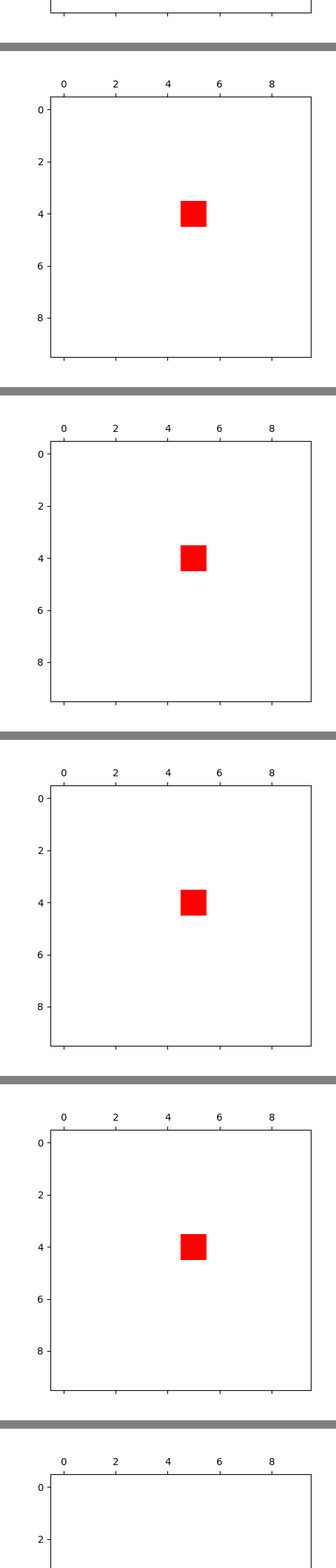
Repository: eduardodut/Trabalho_final_estatistica_cd
Script's output: python src/Simulador.py
The author's editor kept a copy of each file at every save. The script's output is drawn from the files as they stood at one save, then again after the next save.
The pictures show rows 419 to 2659 of an output 3924 px tall, at 70% of full size.
Each picture stacks the figures in order, with grey between them; figures that are only written to a file come last. The script is stopped after its 8th figure. Random numbers start from a fixed seed.

Above is the script's output before, as saved 2020-07-10 19:09:08.

After the next save:
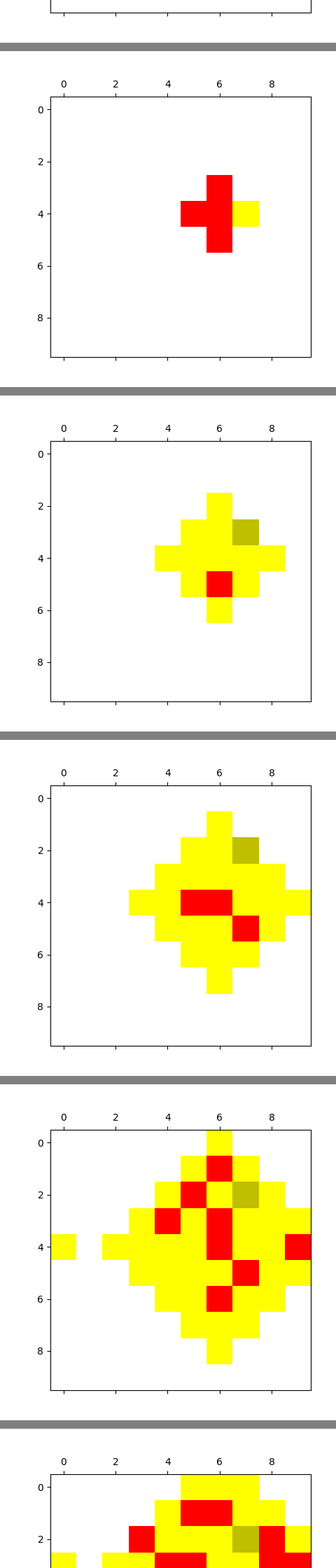
Saved 2 min 27 s later.
--- a/src/Simulador.py
+++ b/src/Simulador.py
@@ -331,9 +331,9 @@ class Simulador():
 
 
 
-chance_infeccao = 0.3
-chance_infeccao_tipo2 = 0.1
-chance_morte = 0.2
+chance_infeccao = 1
+chance_infeccao_tipo2 = 1
+chance_morte = 0.5
 atualizacoes_cura = 10
 percentual_inicial_tipo1 = 0.0
 percentual_inicial_tipo2 = 0.0
